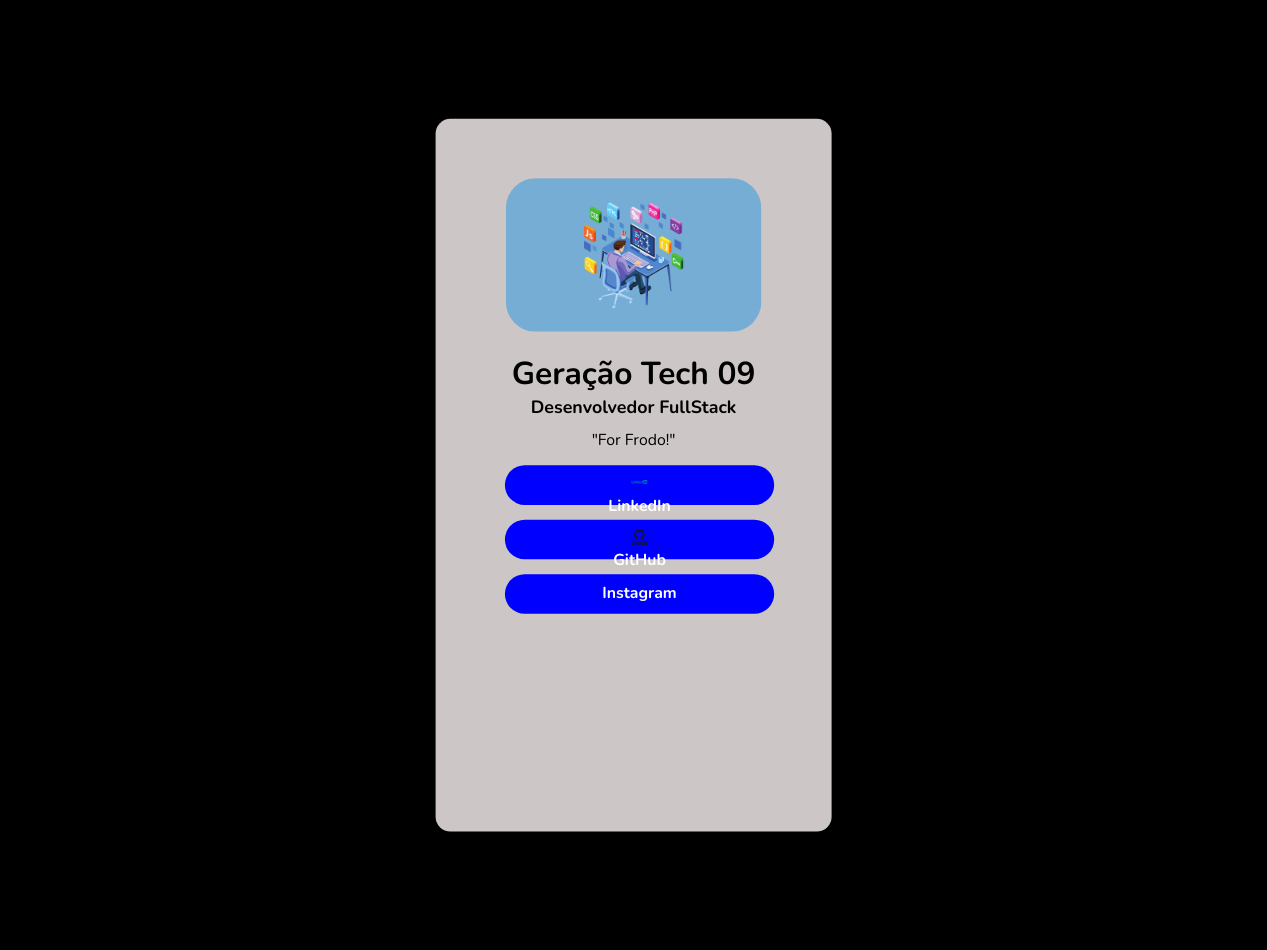
Repository: medeirosregis/linktree-gt09
Page: index.html
These files come from the project's save history. The page is drawn as it stood at one moment and after the next save; the edit follows.
The browser window is 1280 px wide. The pictures show the whole page, at 99% of full size.

Above is the page before, as saved 2025-04-11 10:43:50.

### index.html
<!DOCTYPE html>
<html lang="pt-br">
<head>
    <meta charset="UTF-8">
    <meta name="viewport" content="width=device-width, initial-scale=1.0">
    <title>Linktree</title>
    <link rel="stylesheet" href="style.css">
    <link rel="preconnect" href="https://fonts.googleapis.com">
    <link rel="preconnect" href="https://fonts.gstatic.com" crossorigin>
    <link href="https://fonts.googleapis.com/css2?family=Nunito:ital,wght@0,200..1000;1,200..1000&display=swap" rel="stylesheet">
    <link rel="stylesheet" type='text/css' href="https://cdn.jsdelivr.net/gh/devicons/devicon@latest/devicon.min.css" />
</head>

<body>
    <div class="container-main">
        <div class="container-image">

            <img src="./assets/freelance-work-7308505_1280.png" alt="image-profile"/>
        <div class="container-infos">
            <h1>Geração Tech 09</h1>
            <h2>Desenvolvedor FullStack</h2>
        </div>
        <div class="container-easter-egg">
            <p>"For Frodo!"</p>
        </div>
        <div class="container-social">
            <ul>
             <a href="https://www.linkedin.com/login/pt" target="_blank">
                <li>
                <i class="devicon-linkedin-plain-wordmark colored"></i>
                <p>LinkedIn</p>
                </li>
             </a>
             <a href="https://github.com/medeirosregis" target="_blank">
                <li>
                <i class="devicon-github-original-wordmark colored"></i>
                <p>GitHub</p>
                </li>
            </a>
             <a href="https://instagram.com/" target="_blank">
                <li>
                <i class="fa-brands fa-instagram"></i>
                <p>Instagram</p>
                </li>
            </a>
            </ul>
        </div>
    </div>
</body>
</html>

### style.css
*{
    font-family: "Nunito", sans-serif;
    margin: 0;
    padding: 0;
    box-sizing: border-box;

}

body {
    background-color:rgb(0, 0, 0);
}

.container-main {
    background-color: #ccc6c6;
    width: 400px;
    height: 720px;
    box-sizing: border-box;
    margin: 120px auto;
    padding: 60px 70px;
    border-radius: 15px;
    text-align: center;
}

.container-image {
    margin: 0;

    & img {
        width: 258px;
        border-radius: 30px;
    }
}

.container-infos {
    margin-top: 15px;
    margin-bottom: 10px;
}

.container-infos h1 {
    font-weight: 700px;
}

.container-infos h2 {
    font-weight: 600px;
    font-size: 18px;
}

.container-social ul {
    list-style-type: none;
}

.container-social a {
    text-decoration: none;
    color: white;
}

.container-social {
    margin-top: 0px;
}

.container-social li {
    width: 272px;
    height: 40px;
    background-color: blue;
    margin: 15px 0;
    padding: 8px 0;
    border-radius: 20px;
    font-weight: 700;
}

After the next save:
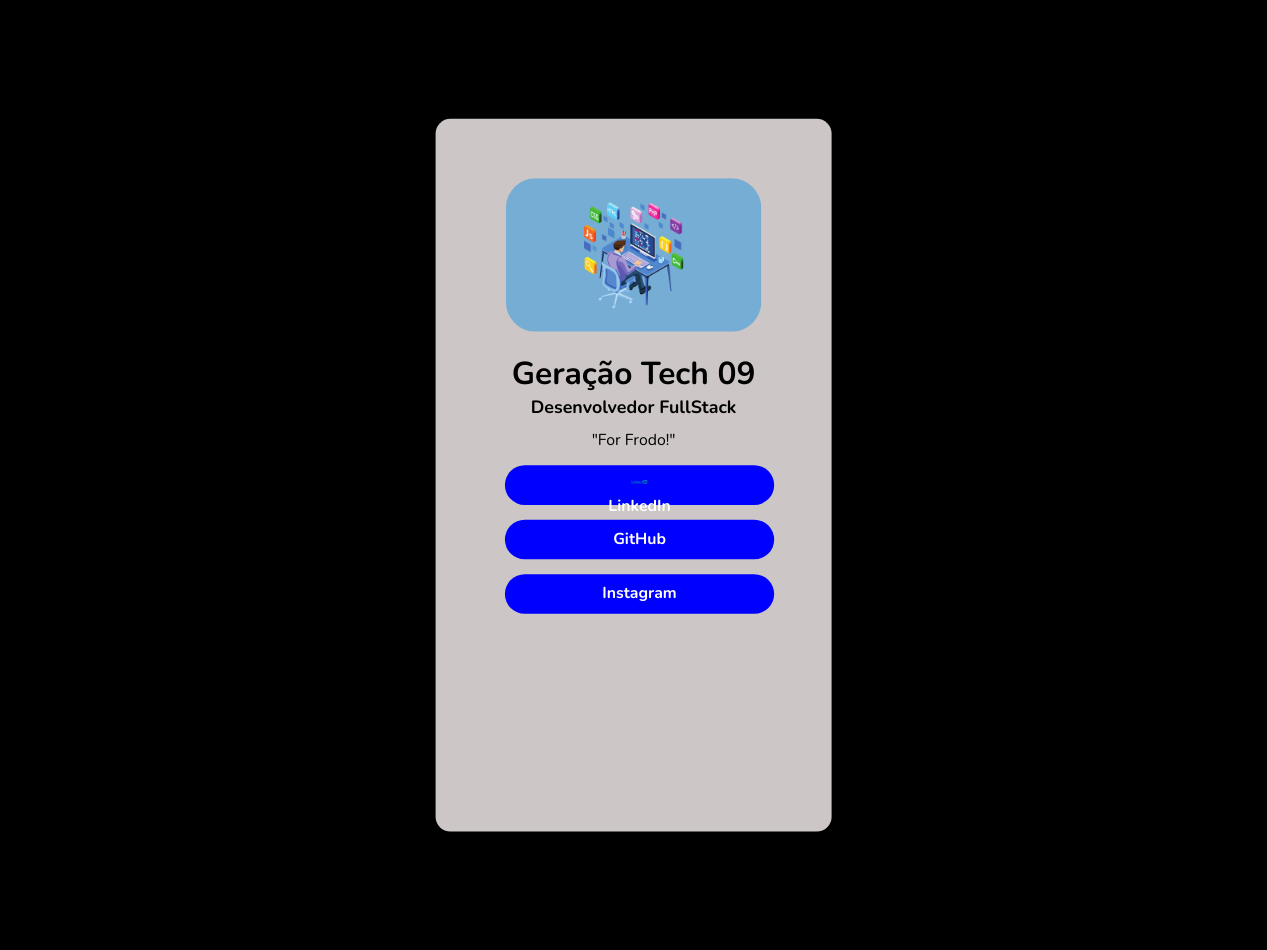
Saved 46 s later.
--- a/index.html
+++ b/index.html
@@ -33,7 +33,7 @@
              </a>
              <a href="https://github.com/medeirosregis" target="_blank">
                 <li>
-                <i class="devicon-github-original-wordmark colored"></i>
+                    <i class="fa-brands fa-github"></i>
                 <p>GitHub</p>
                 </li>
             </a>
